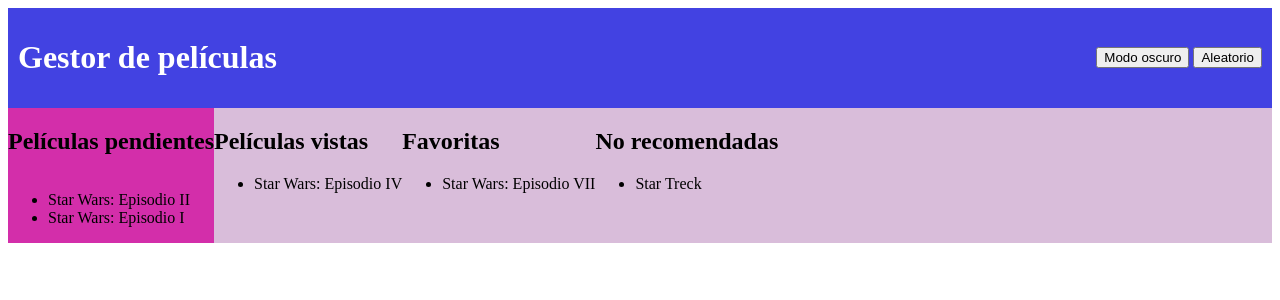
Repository: alvarobarasona/DAW_2
Page: DIW/EXAMEN_SEGUNDA_EV/public/index.html
An editor plug-in stored every save of this project. The page is shown before and after the next save, followed by the edit.
The browser window is 1280 px wide. The pictures show the whole page.
The style sheet was rebuilt from its Sass, Less or Tailwind sources for each picture, by a compiler version that may differ from the author's.

Above is the page before, as saved 2024-03-04 17:19:57.

### DIW/EXAMEN_SEGUNDA_EV/public/index.html
<!DOCTYPE html>
<html lang="es">
    <head>
        <meta charset="UTF-8">
        <meta name="viewport" content="width=device-width, initial-scale=1.0">
        <title>Gestor de películas</title>
        <link rel="stylesheet" href="./css/style.css">
    </head>
    <body>
        <header>
            <h1>Gestor de películas</h1>
            <div>
                <button>Modo oscuro</button>
                <button>Aleatorio</button>
            </div>
        </header>
        <main>
            <div id="pendient-movies">
                <div class="movies-header">
                    <h2>Películas pendientes</h2>
                </div>
                <div class="movies-container">
                    <ul>
                        <li>Star Wars: Episodio II</li>
                        <li>Star Wars: Episodio I</li>
                    </ul>
                </div>
            </div>
            <div id="show-movies">
                <div class="movies-header">
                    <h2>Películas vistas</h2>
                </div>
                <div class="movies-container">
                    <ul>
                        <li>Star Wars: Episodio IV</li>
                    </ul>
                </div>
            </div>
            <div id="favourites-movies">
                <div class="movies-header">
                    <h2>Favoritas</h2>
                </div>
                <div class="movies-container">
                    <ul>
                        <li>Star Wars: Episodio VII</li>
                    </ul>
                </div>
            </div>
            <div id="no-recomendated-movies">
                <div class="movies-header">
                    <h2>No recomendadas</h2>
                </div>
                <div class="movies-container">
                    <ul>
                        <li>Star Treck</li>
                    </ul>
                </div>
            </div>
        </main>
    </body>
</html>

### DIW/EXAMEN_SEGUNDA_EV/public/scss/style.scss
@import "abstracts/mixins";
@import "abstracts/variables";

header {
    @include aparience(row, $header_color, $header_font_color);
    justify-content: space-between;
    align-items: center;
    padding: 10px;
}

main {
    @include aparience(row, $main_bgc, $movies_font_color);
}

#pendient-movies {
    @include aparience(column, $pendient_movies, $movies_font_color);
}

#show-movies {

}

### DIW/EXAMEN_SEGUNDA_EV/public/scss/abstracts/_mixins.scss
@mixin flex_display($display_option) {
    display: flex;
    flex-direction: $display_option;
}

@mixin aparience($display_option, $background_color, $font_color) {
    @include flex_display($display_option);
    background-color: $background_color;
    color: $font_color;
}

### DIW/EXAMEN_SEGUNDA_EV/public/scss/abstracts/_variables.scss
//Colores de la web
$header_color: rgb(66, 66, 226);
$header_font_color: white;
$buttons_bgc: rgb(139, 26, 139);
$main_bgc: rgb(217, 189, 218);
$pendient_movies: rgb(211, 46, 170);
$show_movies: rgb(248, 214, 21);
$favourites_movies: green;
$no_recomendated_movies: rgb(89, 48, 238);
$movies_font_color: black;

//Tamaño de fuentes de la web
$header_title_size: 40px;
$buttons_font_size: 8px;
$header_movie_title_size: 12px;
$movie_text_size: 10px;

After the next save:
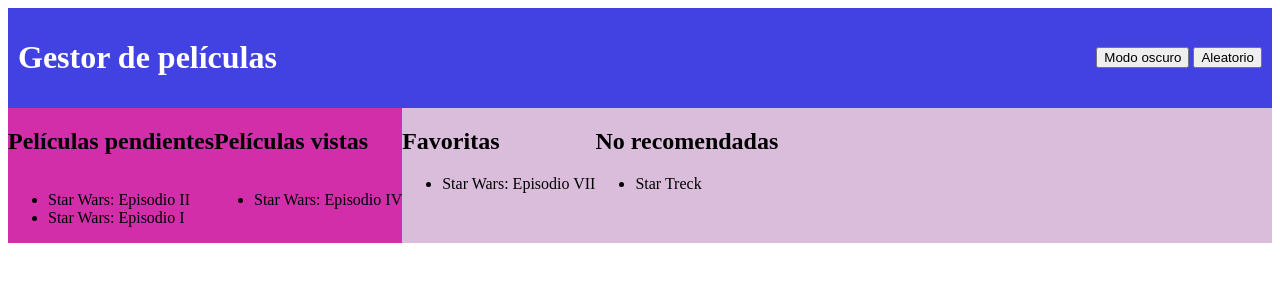
Saved 5 s later.
--- a/DIW/EXAMEN_SEGUNDA_EV/public/scss/style.scss
+++ b/DIW/EXAMEN_SEGUNDA_EV/public/scss/style.scss
@@ -17,5 +17,5 @@ main {
 }
 
 #show-movies {
-
+    @include aparience(column, $pendient_movies, $movies_font_color);
 }
